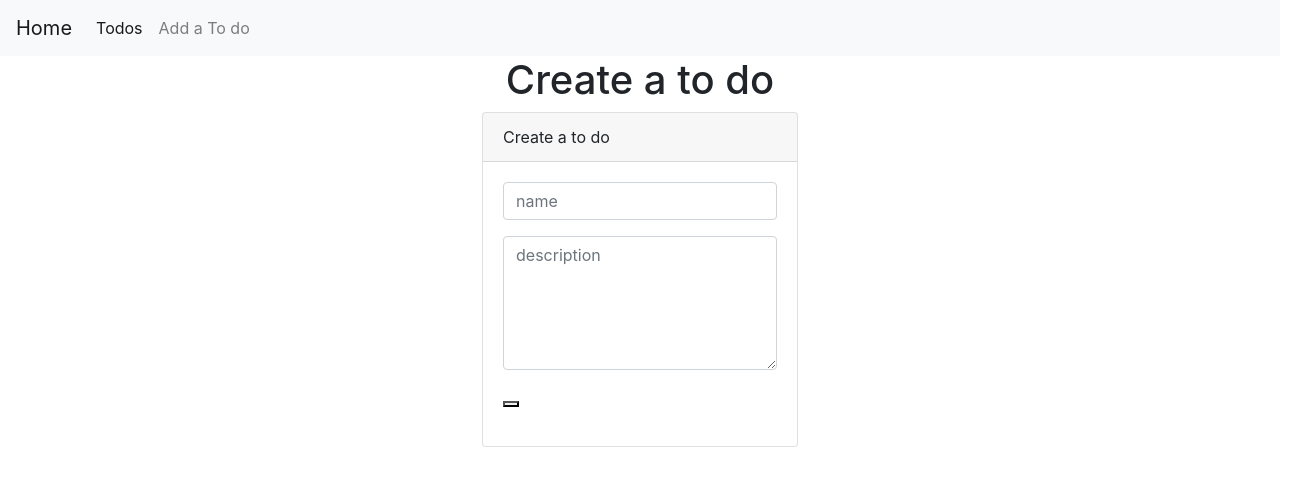
Repository: Azariagmt/laravel-to-do-app
Page: http://localhost/new-to-do
An editor plug-in stored every save of this project. The page is shown before and after a run of saves, followed by the edit.
The browser window is 1280 px wide. The page is 1295 px wide, so the pictures cover 1295 px, including what lies to the right of the window. The pictures show the whole page.
The page is served by the project's Laravel application, run on PHP 8.4 with Laravel 8. Other server files are loaded and not shown.

Above is the page before, as saved 2020-04-27 22:57:19.

### routes/web.php
<?php

use Illuminate\Support\Facades\Route;

/*
|--------------------------------------------------------------------------
| Web Routes
|--------------------------------------------------------------------------
|
| Here is where you can register web routes for your application. These
| routes are loaded by the RouteServiceProvider within a group which
| contains the "web" middleware group. Now create something great!
|
*/

Route::get('/', function () {
    return view('welcome');
});

Route::get('/todos', 'TodosController@index')->name('todos');

Route::get('todos/{todo}', 'TodosController@show')->name('todo');

Route::get('/new-to-do', 'TodosController@new')->name('new');

### app/Http/Controllers/TodosController.php
<?php

namespace App\Http\Controllers;

use Illuminate\Http\Request;
use App\Todo;

class TodosController extends Controller
{
    public function index(){
        $todos = Todo::all();
        return view('todos.index', [
            'todos' => $todos
        ]);
    }
    public function show($todoId){

        $todo = Todo::find($todoId);
        return view('todos.show',[
            'todo' => $todo
        ]);
    }
    public function new(){
        return view('todos.new');
    }
}

### resources/views/todos/new.blade.php
@extends('layouts')

@section('content')
<h1 class="text-center">
Create a to do
</h1>
<div class="row justify-content-center">
<div class="card card-default">
<div class="card-header">
Create a to do
</div>
<div class="card-body">
<form action="">
<div class="form-group">
<input type="text" class="form-control" name="name" placeholder="name">
</div>
<div class="form-group">
<textarea type="text-area" class="form-control" placeholder="description" cols="5" rows="5" name="description"></textarea>
</div>
<div class="form-group">
<button></button>
</div>
</form>
</div>
</div>
</div>
@endsection

### resources/views/layouts.blade.php
<!DOCTYPE html>
<!--[if lt IE 7]>      <html class="no-js lt-ie9 lt-ie8 lt-ie7"> <![endif]-->
<!--[if IE 7]>         <html class="no-js lt-ie9 lt-ie8"> <![endif]-->
<!--[if IE 8]>         <html class="no-js lt-ie9"> <![endif]-->
<!--[if gt IE 8]><!--> <html class="no-js"> <!--<![endif]-->
    <head>
        <meta charset="utf-8">
        <meta http-equiv="X-UA-Compatible" content="IE=edge">
        <title>To do app</title>
        <meta name="description" content="">
        <meta name="viewport" content="width=device-width, initial-scale=1">
        <link rel="stylesheet" href="https://stackpath.bootstrapcdn.com/bootstrap/4.4.1/css/bootstrap.min.css" integrity="sha384-Vkoo8x4CGsO3+Hhxv8T/Q5PaXtkKtu6ug5TOeNV6gBiFeWPGFN9MuhOf23Q9Ifjh" crossorigin="anonymous">
        <link rel="stylesheet" href="">
    </head>
    <body>
        <!--[if lt IE 7]>
            <p class="browsehappy">You are using an <strong>outdated</strong> browser. Please <a href="#">upgrade your browser</a> to improve your experience.</p>
        <![endif]-->
        <nav class="navbar navbar-expand-lg navbar-light bg-light">
  <a class="navbar-brand" href="/">Home</a>
  <button class="navbar-toggler" type="button" data-toggle="collapse" data-target="#navbarNav" aria-controls="navbarNav" aria-expanded="false" aria-label="Toggle navigation">
    <span class="navbar-toggler-icon"></span>
  </button>
  <div class="collapse navbar-collapse" id="navbarNav">
    <ul class="navbar-nav">
      <li class="nav-item active">
        <a class="nav-link" href="{{route('todos')}}">Todos <span class="sr-only">(current)</span></a>
      </li>
      <li class="nav-item">
        <a class="nav-link" href="{{route('new')}}">Add a To do <span class="sr-only">(current)</span></a>
      </li>
    </ul>
  </div>
</nav>
        @yield('content')
        <script src="" async defer></script>
    </body>
</html>

Loaded but not shown: app/Http/Controllers/Controller.php (common file)

After the next 2 saves:
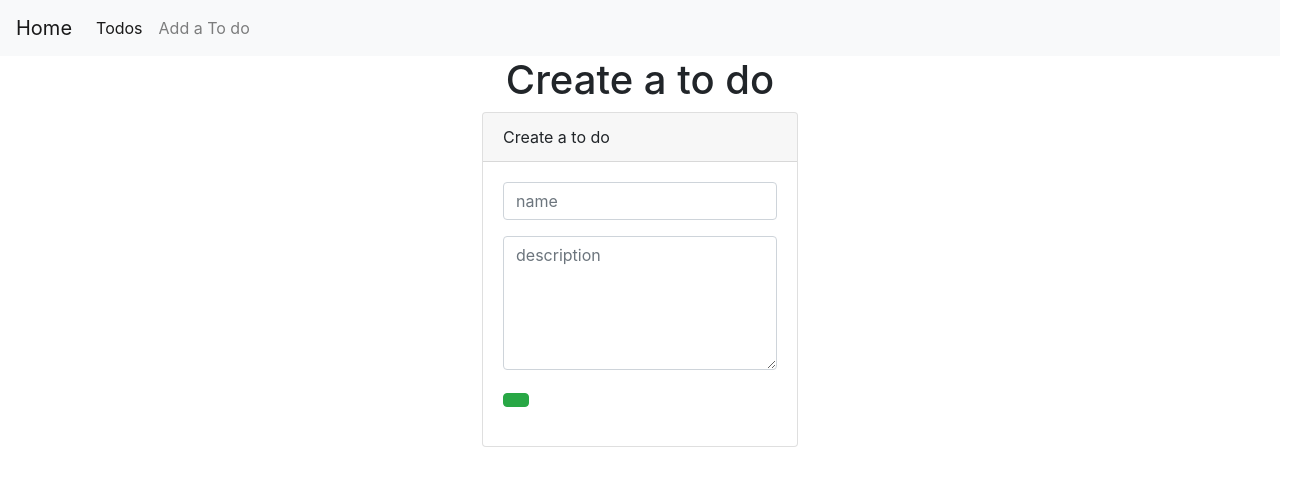
The 2 saves are shown as one change because they came seconds apart.
The last was saved 18 s later.
--- a/resources/views/todos/new.blade.php
+++ b/resources/views/todos/new.blade.php
@@ -18,7 +18,7 @@ Create a to do
 <textarea type="text-area" class="form-control" placeholder="description" cols="5" rows="5" name="description"></textarea>
 </div>
 <div class="form-group">
-<button></button>
+<button type="submit" class="btn btn-success"></button>
 </div>
 </form>
 </div>
